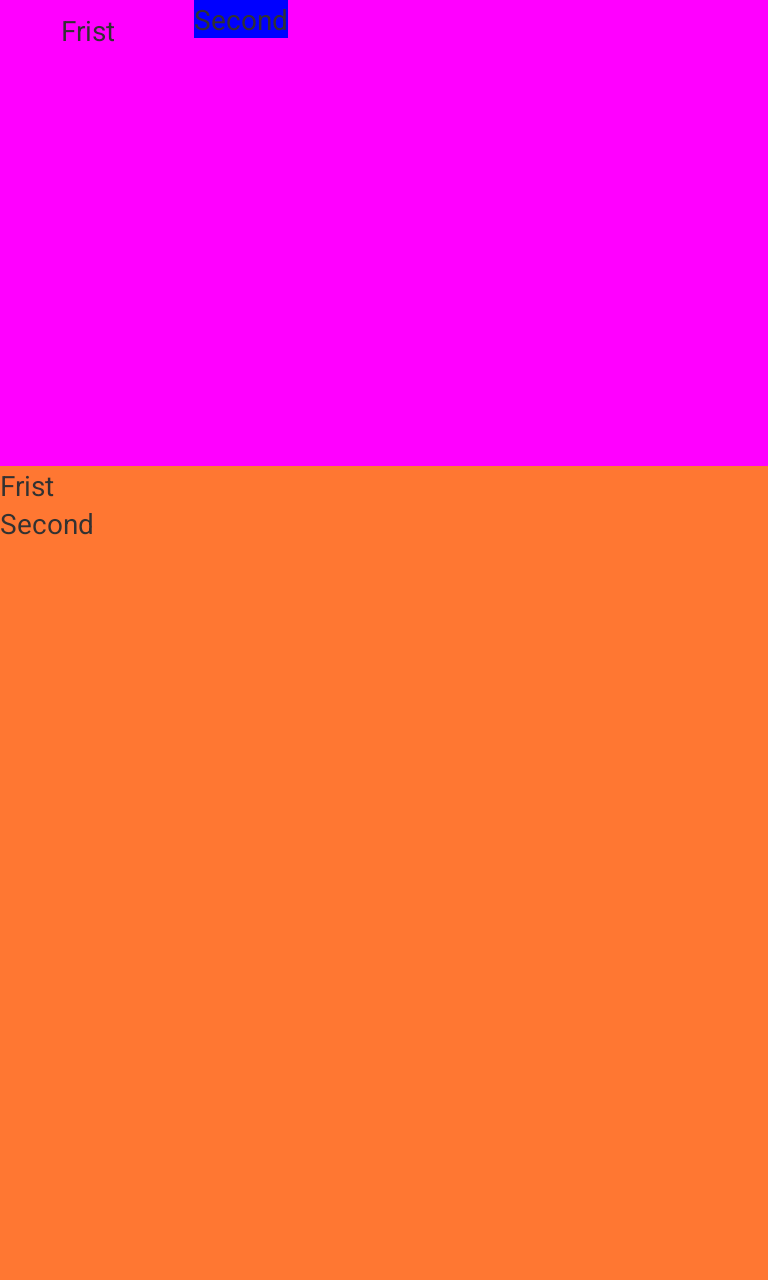
Repository: ling-cen/demo
Layout: Layout_1/res/layout/linner_layout_4.xml
An editor plug-in stored every save of this project. The layout is shown before and after the next save, followed by the edit.
It is drawn on a 768 x 1280 px phone screen (xhdpi) without system bars, with theme AppTheme; the app's code is not run.

Above is the layout before, as saved 2018-12-12 09:24:49.

### Layout_1/res/layout/linner_layout_4.xml
<?xml version="1.0" encoding="utf-8"?>
<LinearLayout xmlns:android="http://schemas.android.com/apk/res/android"
    android:layout_width="match_parent"
    android:layout_height="match_parent"
    android:orientation="vertical" >

    <LinearLayout
        android:layout_width="match_parent"
        android:layout_height="30dp"
        android:layout_weight="1"
        android:background="#ff00ff"
        android:orientation="horizontal" >

        <TextView
            android:layout_width="wrap_content"
            android:layout_height="30dp"
            android:layout_gravity="center_horizontal"
            android:layout_margin="30dp"
            android:background="#ff00ff"
            android:gravity="center"
            android:text="Frist" />

        <TextView
            android:layout_width="wrap_content"
            android:layout_height="wrap_content"
            android:layout_gravity="center_horizontal"
            android:layout_marginLeft="10dp"
            android:background="#0000ff"
            android:gravity="center"
            android:text="Second" />
    </LinearLayout>

    <LinearLayout
        android:layout_width="match_parent"
        android:layout_height="0dp"
        android:layout_weight="2"
        android:background="#ff7732"
        android:orientation="vertical" >

        <TextView
            android:layout_width="wrap_content"
            android:layout_height="wrap_content"
            android:text="Frist" />

        <TextView
            android:layout_width="wrap_content"
            android:layout_height="wrap_content"
            android:text="Second" />
    </LinearLayout>

</LinearLayout>

Loaded but not shown: Layout_1/res/values/styles.xml (common file); Layout_1/res/values-v11/styles.xml (common file); Layout_1/res/values-v14/styles.xml (common file)

After the next save:
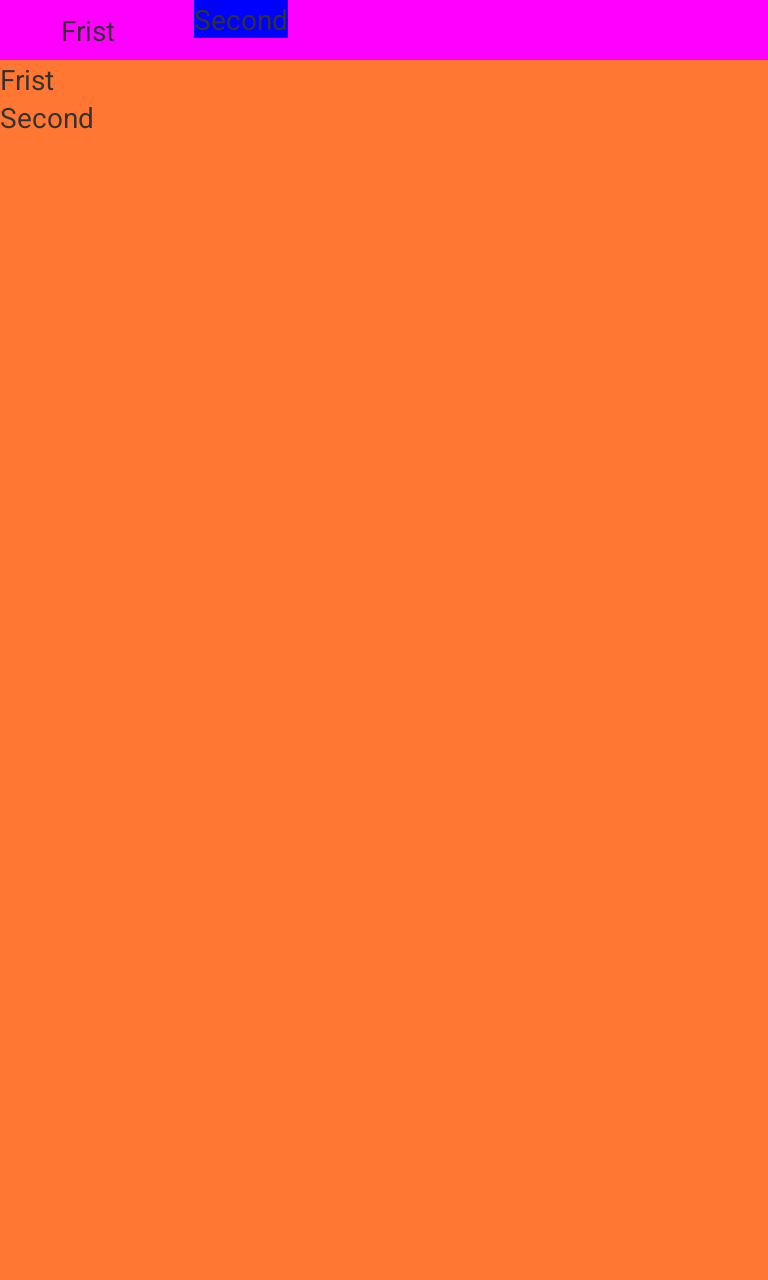
Saved 15 s later.
--- a/Layout_1/res/layout/linner_layout_4.xml
+++ b/Layout_1/res/layout/linner_layout_4.xml
@@ -7,7 +7,7 @@
     <LinearLayout
         android:layout_width="match_parent"
         android:layout_height="30dp"
-        android:layout_weight="1"
+        android:layout_weight="30dp"
         android:background="#ff00ff"
         android:orientation="horizontal" >
 

After the save that followed:
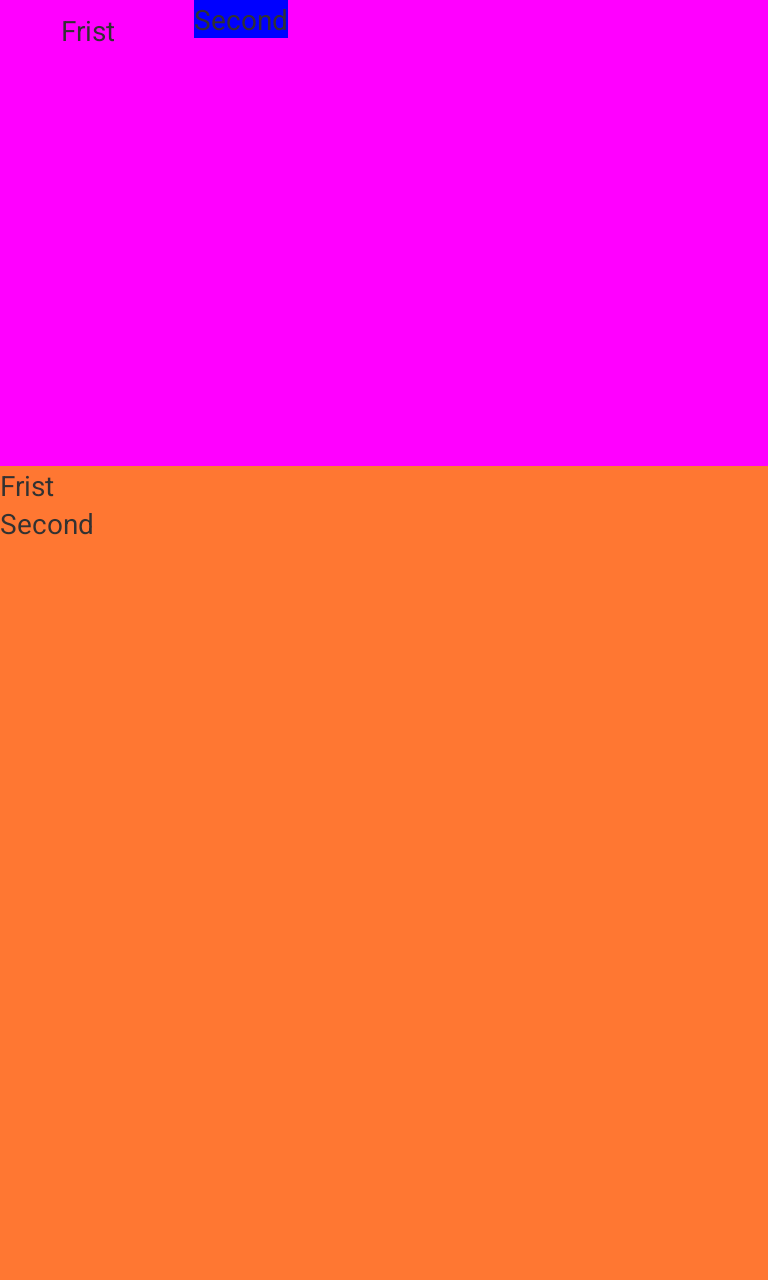
Saved 8 s later.
--- a/Layout_1/res/layout/linner_layout_4.xml
+++ b/Layout_1/res/layout/linner_layout_4.xml
@@ -7,7 +7,7 @@
     <LinearLayout
         android:layout_width="match_parent"
         android:layout_height="30dp"
-        android:layout_weight="30dp"
+        android:layout_weight="1"
         android:background="#ff00ff"
         android:orientation="horizontal" >
 
